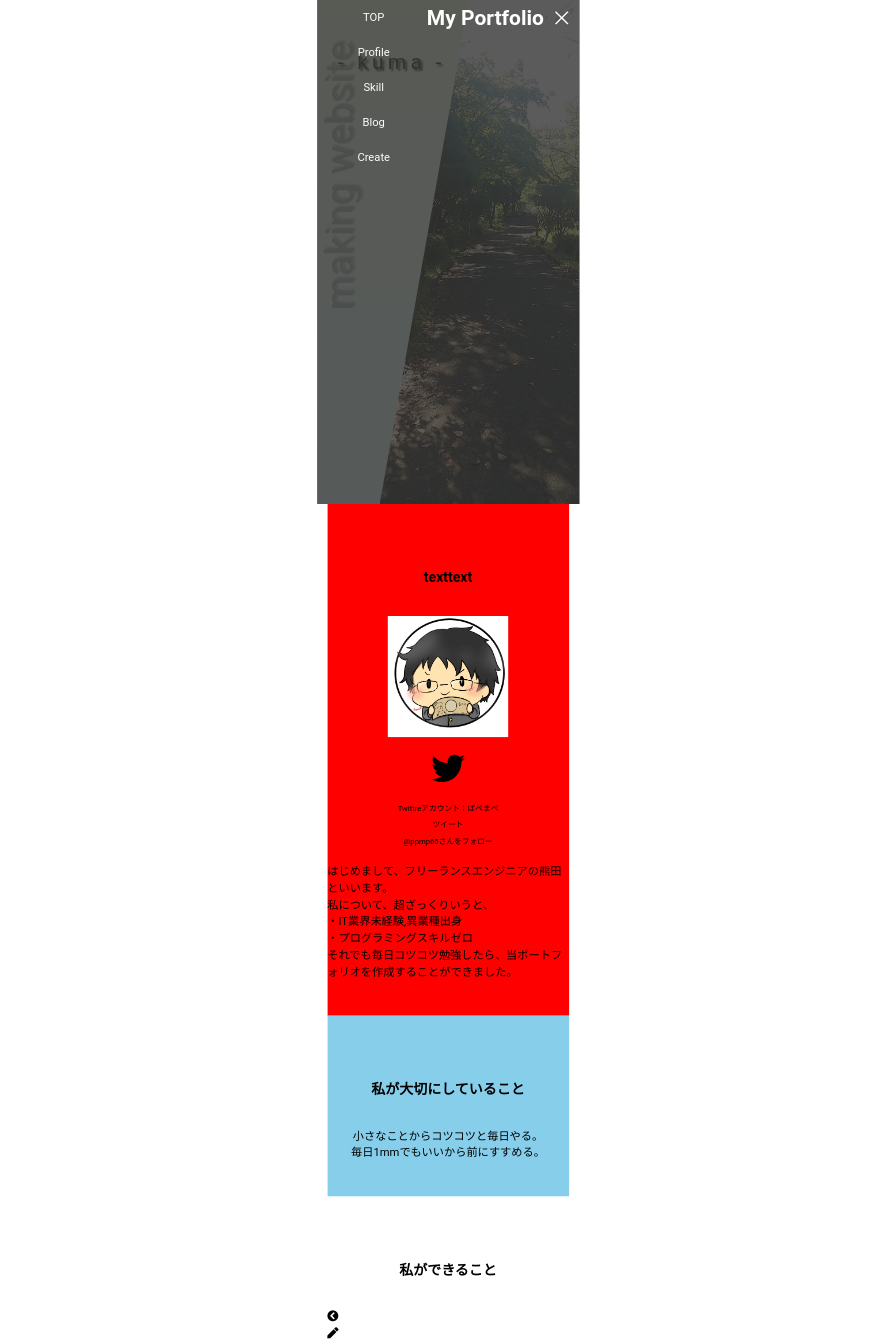
Repository: ppmp556/portfolio6
Page: index copy.html
An editor plug-in stored every save of this project. The page is shown before and after the next save, followed by the edit.
The browser window is 1280 px wide. The pictures show the part of the page from y = 0 to 1920 px (the page is 3189 px tall), at 70% of full size.
After loading, the first visible `#nav_toggle` was clicked once.
Some web libraries are served in a nearby version. The style sheet was rebuilt from its Sass, Less or Tailwind sources for each picture, by a compiler version that may differ from the author's.

Above is the page before, as saved 2020-10-13 17:22:52.
Console error: TypeError: Cannot read properties of null (reading 'addEventListener')

### index copy.html
<!DOCTYPE html>
<html ja>
  <head>
    <meta charset="utf-8" />
    <meta
      name="viewport"
      content="width=device-width, initial-scale=1.0, maximum-scale=1.0, minimum-scale=1.0"
    />
    <title>ポートフォリオ</title>
    <link rel="stylesheet" href="css/faundation.css" />
    <link rel="stylesheet" href="css/main.css" />
    <link
      href="https://use.fontawesome.com/releases/v5.6.1/css/all.css"
      rel="stylesheet"
    />
    <script src="https://ajax.googleapis.com/ajax/libs/jquery/3.4.1/jquery.min.js"></script>
  </head>

  <body>
    <div class="container">

      <div class="kv" id="kv">
        <div class="kv_container">
          <img src="images/道.jpg" alt="" class="kv_img">


          <!-- <img src="/images/3566338_s.jpg" alt="" class="kv_img"> -->
          <!-- <img src="/images/3566338_s.jpg" alt="" class="kv_img"> -->
          <!-- <img src="/images/3566338_s.jpg" alt="" class="kv_img"> -->
          <!-- <img src="/images/3566338_s.jpg" alt="" class="kv_img"> -->

          <div class="kv_wrapper line">
            <p class="kv_animetype">
                <!-- ポートフォリオ<span class="line_type">|</span> -->
            </p><!-- /.kv_animetype -->

          </div><!-- /.kv_wrapper -->
        </div><!-- /.kv_container -->
      </div>
      <!-- /#kv.kv -->

      <header class="header" id="top">
        <div class="header_inner flex">
          <h1 class="header_ttl"><a href="index.html">My Portfolio</a></h1>
          <!-- /.header_ttl -->

          <nav class="nav">
            <!-- ハンバーガーメニュー部分 -->

            <div class="nav_ham" id="nav_toggle">
              <span class="nav_line tg1"></span>
              <span class="nav_line tg2"></span>
              <span class="nav_line tg3"></span>
            </div>
            <!-- ハンバーガーメニューここまで -->

            <ul class="nav_list flex">
              <div class="nav_inner">
                <li class="nav_item">
                  <a href="#Top" class="nav_link">TOP</a>
                </li>
                <!-- /.nav_item -->
                <li class="nav_item">
                  <a href="#about" class="nav_link">Profile</a>
                </li>
                <!-- /.nav_item -->
                <li class="nav_item">
                  <a href="#skill" class="nav_link">Skill</a>
                </li>
                <!-- /.nav_item -->
                <li class="nav_item">
                  <a href="#blog" class="nav_link">Blog</a>
                </li>
                <!-- /.nav_item -->
                <li class="nav_item">
                  <a href="#create" class="nav_link">Create</a>
                </li>
                <!-- /.nav_item -->
              </div><!-- /.nav_inner -->
            </ul>
            <!-- /.nav_list -->
          </nav>
          <!-- /.nav -->
        </div><!-- /.header_inner -->
      </header>
      <!-- /.header -->



      <main class="main_container">
        <div class="inner">

          <section class="about" id="about">
            <h2 class="section_ttl">texttext</h2>
            <!-- /.section_ttl -->

            <div class="section_inner">
              <div class="about_left">
                <div class="about_imgbox">
                  <img src="images/アイコン.jpg" alt="" class="about_img">
                  <div class="about_share">
                    <a href="" class="about_share_icon">
                      <i class="fab fa-twitter fa-3x share"></i>
                      <p class="about_sharetxt">Twittreアカウント：ぱぺまぺ</p>
                      <!-- /.about_sharetxt --> </a
                    ><!-- /.about_share_icon -->
                      <br>
                    <a
                      href="https://twitter.com/share"
                      class="twitter_share_button"
                      data-via="webgaku"
                      data-lang="ja"
                      >ツイート</a
                    >
                      <br>
                    <a
                      href="https://twitter.com/ppmp65"
                      class="twitter_follow_button"
                      data-show-count="false"
                      data-lang="ja"
                      >@ppmp65さんをフォロー</a
                    >
                  </div>
                  <!-- /.about_share -->
                </div>
                <!-- /.about_imgbox -->
              </div>
              <!-- /.about_left -->

              <div class="about_right">
                <p class="about_txt">
                  はじめまして、フリーランスエンジニアの熊田といいます。<br />
                  私について、超ざっくりいうと、<br />

                  ・IT業界未経験,異業種出身 <br />
                  ・プログラミングスキルゼロ<br />

                  それでも毎日コツコツ勉強したら、当ポートフォリオを作成することができました。
                </p>
                <!-- /.about_txt -->
              </div>
              <!-- /.about_right -->
            </div>
            <!-- /.section_inner -->
          </section>
          <!-- /#about.about -->

          <section class="policy" id="policy">
            <h2 class="section_ttl">私が大切にしていること</h2>
            <!-- /.section_ttl -->

            <div class="policy_animebox">
              <div class="policy_anime">
                <p class="policy_txt">
                  小さなことからコツコツと毎日やる。<br />
                  毎日1mmでもいいから前にすすめる。
                </p>
                <!-- /.policy_txt -->
              </div>
              <!-- /.policy_anime -->
            </div>
            <!-- /.policy_anime -->
          </section>
          <!-- /#policy.policy -->

          <section class="skill" id="skill">
            <div class="scroll_fade_row">
              <h2 class="section_ttl">私ができること</h2>
              <!-- /.section_ttl -->

              <div class="skill_box">
                <div class="skill_content">
                  <div class="slide_btn prev">
                    <i class="fas fa-chevron-circle-left"></i>
                  </div>
                  <!-- /.slide_btn -->

                  <div class="skill_inner">
                    <div class="skill_inbox slide active">
                      <i class="skillIcon fas fa-pen"></i>
                      <p class="skill_inboxttl">執筆</p>
                      <!-- /.skill_inboxttl -->
                      <p class="skill_txt">
                        文章を考えるのが好きです<br />
                        ブログ執筆で毎日1000～2000文字程度<br />
                        書いています。<br />
                        ブログは毎日1日1記事更新。
                      </p>
                      <!-- /.skill_txt -->
                    </div>
                    <!-- /.skill_inbox -->

                    <div class="skill_inbox slide active">
                      <i class="skillIcon fas fa-code"></i>
                      <p class="skill_inboxttl">コーディング</p>
                      <!-- /.skill_inboxttl -->
                      <p class="skill_txt">
                        独学とプログラミングスクール併用<br />
                        全くの知識ゼロから始めました。<br />
                      </p>
                      <!-- /.skill_txt -->
                    </div>
                    <!-- /.skill_inbox -->

                    <div class="skill_inbox slide active">
                      <i class="skillIcon fas fa-pen"></i>
                      <p class="skill_inboxttl">執筆</p>
                      <!-- /.skill_inboxttl -->
                      <p class="skill_txt">
                        文章を考えるのが好きです<br />
                        ブログ執筆で毎日1000～2000文字程度<br />
                        書いています。<br />
                        ブログは毎日1日1記事更新。
                      </p>
                      <!-- /.skill_txt -->
                    </div>
                    <!-- /.skill_inbox -->

                    <div class="skill_inbox slide active">
                      <i class="skillIcon fas fa-cog"></i>
                      <p class="skill_inboxttl">執筆</p>
                      <!-- /.skill_inboxttl -->
                      <p class="skill_txt">
                        文章を考えるのが好きです<br />
                        ブログ執筆で毎日1000～2000文字程度<br />
                        書いています。<br />
                        ブログは毎日1日1記事更新。
                      </p>
                      <!-- /.skill_txt -->
                    </div>
                    <!-- /.skill_inbox -->
                  </div>
                  <!-- /.skill_inner -->
                </div>
                <!-- /.skill_content -->
              </div>
              <!-- /.skill_box -->
            </div>
            <!-- /.scroll_fade_row -->
          </section>
          <!-- /#skill.skill -->

          <section class="blog" id="blog">
            <div class="scroll_fade_row">
              <h2 class="section_ttl">ブログ</h2>
              <!-- /.section_ttl -->

              <div class="section_inner">
                <h3 class="blog_txt">ぱぺまぺの低年収者のための資産運用計画</h3>
                <!-- /.blog_txt -->

                <div class="blog_imgbox">
                  <a href="https://ppmp556.com"
                    >https://ppmp556.com
                    <img
                      class="blogImg"
                      src="images/invest01.png"
                      alt="ブログ1"
                    />
                  </a>
                </div>
                <!-- /.blog_imgbox -->
                <div class="blog_txtbox">
                  <p class="blog_txt">
                    投資ブログです。<br />
                    資金が少なくてもできる投資や、<br />
                    初心者向けの投資、投資についての考え方や<br />
                    ヒントなどを発信しています。（1日1記事更新）
                  </p>
                  <!-- /.blog_txt -->
                </div>
                <!-- /.blog_txtbox -->
              </div>
              <!-- /.section_inner -->
            </div>
            <!-- /.scroll_fade_row -->
          </section>
          <!-- /#blog.blog -->

          <section class="create" id="create">
            <div class="scroll_fade_row">
              <h2 class="section_ttl">制作物</h2>
              <!-- /.section_ttl -->
              <div class="section_inner">
                <div class="create_imgbox">
                  <p class="create_ttl">ポートフォリオ<br />（このサイト）</p>
                  <!-- /.create_ttl -->

                  <!-- アコーディオンメニュー実装する -->
                </div>
                <!-- /.create_imgbox -->
              </div>
              <!-- /.section_inner -->
            </div>
            <!-- /.scroll_fade_row -->
          </section>
          <!-- /#create.create -->
        </div>
        <!-- /.inner -->
      </main>

      <footer class="footer">
        <ul class="footer_list">
          <li class="footer_nav">
            <a href="" class="footer_link"></a>
          </li>
          <!-- /.footer_nav -->
          <li class="footer_nav">
            <a href="" class="footer_link"></a>
          </li>
          <!-- /.footer_nav -->
          <li class="footer_nav">
            <a href="" class="footer_link"></a>
          </li>
          <!-- /.footer_nav -->
          <li class="footer_nav">
            <a href="" class="footer_link"></a>
          </li>
          <!-- /.footer_nav -->
          <li class="footer_nav">
            <a href="" class="footer_link"></a>
          </li>
          <!-- /.footer_nav -->
        </ul>
        <!-- /.footer_list -->

        <div class="footer_copy">
          <small class="footer_txt">@ copyright</small
          ><!-- /.footer_txt -->
        </div>
        <!-- /.footer_copy -->
      </footer>
      <!-- /.footer -->
    </div>
    <!-- /.container -->

    <!-- <btn id="page-top"><a href="#top">PAGE TOP</a></btn> -->
    <script src="https://code.jquery.com/jquery-3.4.1.js"></script>
    <script src="main.js"></script>
  </body>
</html>

### css/faundation.css
/*
html5doctor.com Reset Stylesheet
v1.6.1
Last Updated: 2010-09-17
Author: Richard Clark - http://richclarkdesign.com
Twitter: @rich_clark
*/

html,
body,
div,
span,
object,
iframe,
h1,
h2,
h3,
h4,
h5,
h6,
p,
blockquote,
pre,
abbr,
address,
cite,
code,
del,
dfn,
em,
img,
ins,
kbd,
q,
samp,
small,
strong,
sub,
sup,
var,
b,
i,
dl,
dt,
dd,
ol,
ul,
li,
fieldset,
form,
label,
legend,
table,
caption,
tbody,
tfoot,
thead,
tr,
th,
td,
article,
aside,
canvas,
details,
figcaption,
figure,
footer,
header,
hgroup,
menu,
nav,
section,
summary,
time,
mark,
audio,
video {
  margin: 0;
  padding: 0;
  border: 0;
  outline: 0;
  font-size: 100%;
  vertical-align: baseline;
  background: transparent;
}

body {
  line-height: 1.5;
}

article,
aside,
details,
figcaption,
figure,
footer,
header,
hgroup,
menu,
nav,
section {
  display: block;
}

nav ul {
  list-style: none;
}

table {
  border-collapse: collapse;
  border-spacing: 0;
}


a {
  color: inherit;
  text-decoration: none;
}


img {
  width: 100%;

  /*画像がはみでるのを防ぐ　max-width*/
  max-width: 100%;
  height: auto;

  vertical-align: bottom;
}

/* h1,h2,h3,h4,h5,h6 { */
/* font-weight: bold; */
/* } */

### css/main.scss
@charset 'utf-8';

/****************************************:

全体のスタイル

*****************************************:*/


$cWhite: #ffffff;
$cOcher: #c1a250;
$cBlack: #333;
$cGray: rgb(139, 137, 137);
$cBgColor: #eaebed;


$widthPc: 1024px;
$widthTab: 764px;
$widthSp: 480px;

@mixin fontsize($cFontSz: 3.6rem) {
    font-size: $cFontSz;
    color: $cWhite;
}





@mixin pc {
    @media screen and (min-width: $widthPc) {
        @content;
    }
}


@mixin tab {
    @media screen and (min-width: $widthTab) and (max-width: $widthPc) {
        @content;
    }
}



html {
    // ルートのフォントサイズ 10pxに設定
    font-size: 62.5%;
}

body {
    // デフォルトのフォントサイズ 16pxと同等のサイズに設定
    font-size: 1.6em;
    font-size: 16px;
    width: 375px;
    margin: 0 auto;
    font-family: "Roboto", sans-serif, "Noto Sans";
}


* {
    box-sizing: border-box;
}


.overall {
    font-family: "Yu Gothic", YuGothic, "Hiragino Kaku Gothic Pro", "YuGothic",
        "Meiryo", verdana, "Osaka", "MS PGothic", Sans-Serif, "Yu Mincho",
        YuMincho, "MS P Mincho", serif;

    background-color: $cBgColor;
}

.container {
    width: 100%;
    margin: 0 auto;
    // color: $cWhite;
    position: relative;
    overflow: hidden;
}



.mock {
    /* モック画像 */
    position: absolute;
    top: 0;
    left: 0;
    right: 0;
    margin: 0 auto;
    width: 375px;
    opacity: 0.3;

    /* 反転 */
    filter: hue-rotate(180deg);

    /* テキストを掴まないように */
    pointer-events: none;

    z-index: 999;
}



.flex {
    display: flex;
    justify-content: space-between;
}

.inner {
    margin: 0 auto;
    padding: 0 15px;
}

.section_ttl {
    display: block;
    text-align: center;
    margin: 40px 0;
    font-size: 2rem;
}

/****************************************:

kv

*****************************************:*/

.kv {
    position: relative;
    // background-color: red;
    background: linear-gradient(rgba(231, 251, 210, 0.762), rgba(202, 240, 240, 0.5));

    &_container {
        height: 100vh;

        clip-path: polygon(58% 0, 100% 0, 100% 100%, 24% 100%);



    }

    &::before {
        content: '- kuma -';

        position: absolute;
        top: 65px;
        left: 30px;
        font-size: 3rem;
        color: $cBlack;
        text-shadow: 3px 3px 3px $cBlack;
        letter-spacing: .2em;
    }

    &::after {
        content: 'making website';
        position: absolute;
        top: 210px;
        left: -160px;
        font-size: 5.5rem;
        transform: rotate(-90deg);
        color: $cBlack;
        text-shadow: 3px 3px 3px $cBlack;
        opacity: .3;
    }

    &_ttl {
        color: $cBlack;
        font-size: 5rem;
    }


    &_img {
        width: 100%;
        height: 100vh;
        display: block;

    }

    &_wrapper {
        position: absolute;
        top: 50%;
        left: 50%;
        transform: translate(-50%, -50%);
    }

    &_animetype {
        color: $cWhite;
    }


}


/****************************************:
タイプアニメーション
*****************************************:*/


.line {
    // position: relative;
    top: 50%;
    width: 24em;
    text-align: center;
    margin: 0 auto;
    font-size: 100%;
    white-space: nowrap;
    overflow: hidden;
    animation: type 2.5s steps(80, end);
    animation: typewriter 4s steps(60) 1s 1 normal both,
    /* normal:標準の方向で実行、both:forwardsとbackwardsの両方の規定に従う */
    blinkTextCursor 500ms steps(60) infinite normal;

    &_type {
        font-size: 25px;
        animation: blink 1s infinite;
        /* blink:点滅、infinite:無限に繰り返す */
    }
}



@keyframes type {
    from { width: 0; }
    to   {width: 100%; }
}


@keyframes blink {
    to{opacity: .0;}
}


@keyframes typewriter {
    from { width: 0; }
    to { width: 24em; }
}

@keyframes blinkTextCursor{/*点滅するカーソルのアニメーション*/
    from { border-right-color: $cWhite; }
    to { border-right-color: transparent; }
}


















/****************************************:

header

*****************************************:*/

.header {
    position: absolute;
    top: 0;
    left: 0;
    width: 100%;
    background-color: $cBlack;
    opacity: 0.8;
    padding: 0 20px;
    line-height: 50px;
    color: $cWhite;
    z-index: 99;


    &.clicked {

        background-color: transparent;

        .header_ttl {
            color: $cWhite;
            // transition: .5s;
            font-size: 3rem;
        }

    }

    &_inner.clicked {
        width: 85%;
        padding: 0 20px;
        margin-left: 35%;
        // background-color: red;
        // background-color:$cBlack;
        transition: .3s;
    }

    &_ttl {
        color: $cWhite;
        font-size: 3rem;
        z-index: 1;

    }
}









/****************************************:

nav

*****************************************:*/

.nav {
    position: relative;

    &::before {
        content: '';
        position: absolute;
        top: 0;
        left: -500vw;
        background-color: $cBlack;
        opacity: .5;
        width: 50vw;
        height: 100vh;
    }

    &.clicked::before {
                content: '';
                position: absolute;
                top: 0;
                left: -404px;
                background-color: $cBlack;
                opacity: .5;
                width: 140px;
                height: 100vh;
                transition: .8s;
    }



    &_list {
        position: absolute;
        right: -1000px;
        // right: -5vw;
        display: flex;
        flex-direction: column;

        &.clicked {
            right: -5vw;
            transition: .6s;
        }


    }

    &_inner {
        background-color: $cBlack;
        // background-color: red;
        // height: 88.9vh;
        height: 100vh;
        width: 60.1vw;
        // margin-top: 17%;

    }

    // ハンバーガーメニュー
    &_ham {
        cursor: pointer;
        position: absolute;
        top: 50%;
        right: 0;
        transform: translateY(-50%);
        // background-color: #ffffff;
        width: 25px;
        height: 25px;
        z-index: 100;

        &.clicked {
            right: 40px;
        }
    }

    &_line {
        position: absolute;
        width: 100%;
        height: 2px;
        background-color: $cWhite;

        &:nth-child(1) {
            top: 0px;
            // left: -5px;

        }

        &:nth-child(2) {
            top: 8px;
            // left: 5px;
        }

        &:nth-child(3) {
            top: 16px;
            /* left: -5px; */
        }

        &.clicked:nth-child(1) {
            transform: translateY(12px) rotate(-315deg);
            transition: .5s;

        }
        &.clicked:nth-child(2) {
            left: 0;
            transition: .9s;
            opacity: 0;

        }
        &.clicked:nth-child(3) {
            transform: translateY(-4px) rotate(315deg);
            transition: .5s;

        }




    }

    &_item {
        text-align: center;
    }


}




/****************************************:

about

*****************************************:*/

.about {
    padding: 50px 0;
    background-color: red;

    &_imgbox {
        width: 50%;
        margin: 0 auto;
    }

    &_img {
        display: block;
        width: 100%;
        height: 100%;
    }

    &_share {
        text-align: center;

        &_icon {
            width: 100%;
        }
    }
    &_sharetxt {
        display: inline-block;
        font-size: 1.1rem;
    }

    &_left {
        margin: 20px 0;
    }
}

.share {
    padding: 20px 0;

    &:hover {
        margin-bottom: 5px;
    }
}

.twitter {

    &_share_button {
        font-size: 1.1rem;
    }

    &_follow_button {
        font-size: 1.1rem;
    }
}

.fa-twitter {
    font-size: 2rem;
}

/****************************************:

policy

*****************************************:*/

.policy {
    padding: 50px 0;
    background-color: skyblue;
    margin: 0 auto;

    &_txt {
        text-align: center;

    }
}









/****************************************:

skill

*****************************************:*/


.skill {
    padding: 50px 0;
}

Loaded but not shown: main.js (198 lines, source omitted)

After the next save:
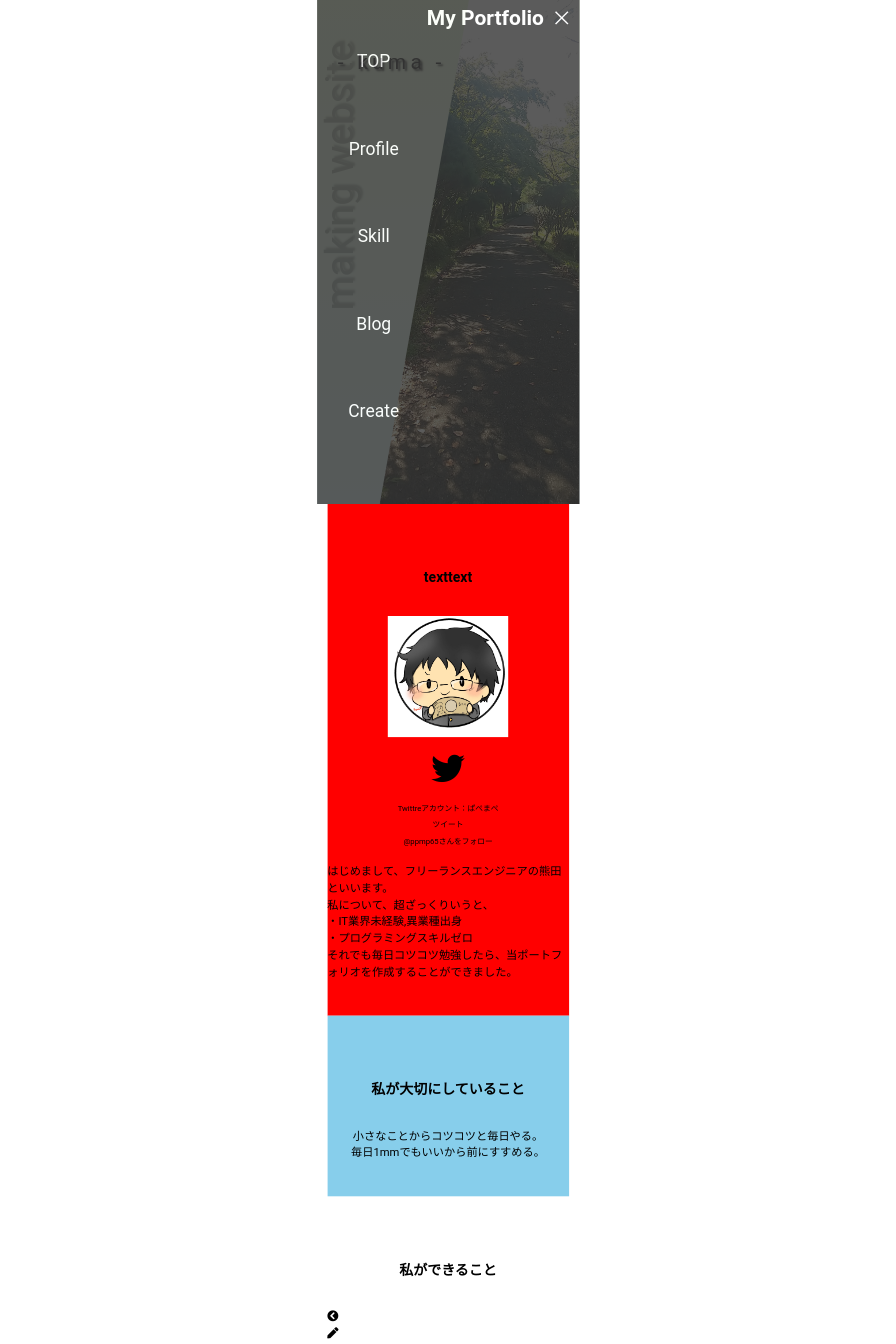
Saved 8 min 48 s later.
--- a/css/main.scss
+++ b/css/main.scss
@@ -434,6 +434,9 @@ nav
 
     &_item {
         text-align: center;
+        margin-top: 50px;
+        font-size: 2.5rem;
+        line-height: 3;
     }
 
 
